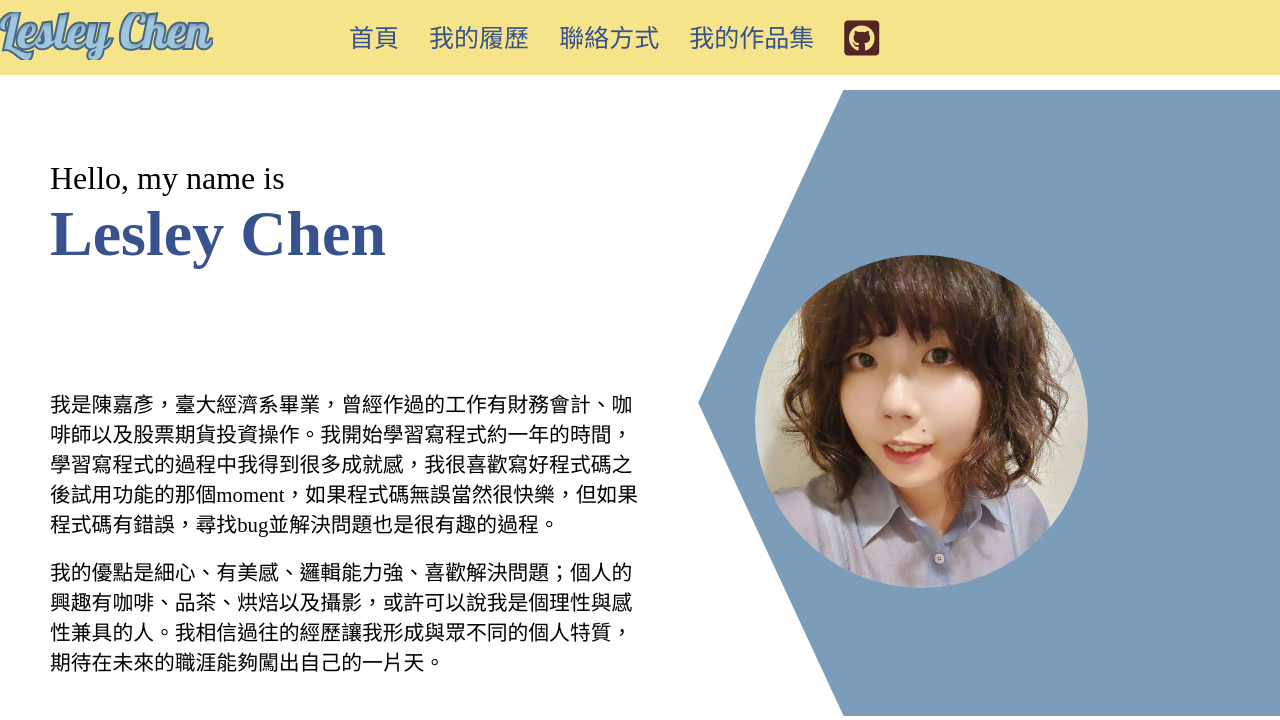
Repository: lcjyc/portfolio-website
Page: /
The author's editor kept a copy of each file at every save. The page is drawn from the files as they stood at one save, then again after the next save.
The browser window is 1280 px wide. The pictures show the whole page.
The project was rebuilt for these pictures with package versions that can differ from the ones it lists, and the page was loaded fresh each time. Also part of the build but not shown: src/pages/resume/resume.css, src/pages/resume/Resume.jsx, src/pages/contact/contact.css, src/pages/contact/Contact.jsx, src/pages/portfolio/Portfolio.jsx.

Above is the page before, as saved 2022-08-21 16:00:55.

After the next save:
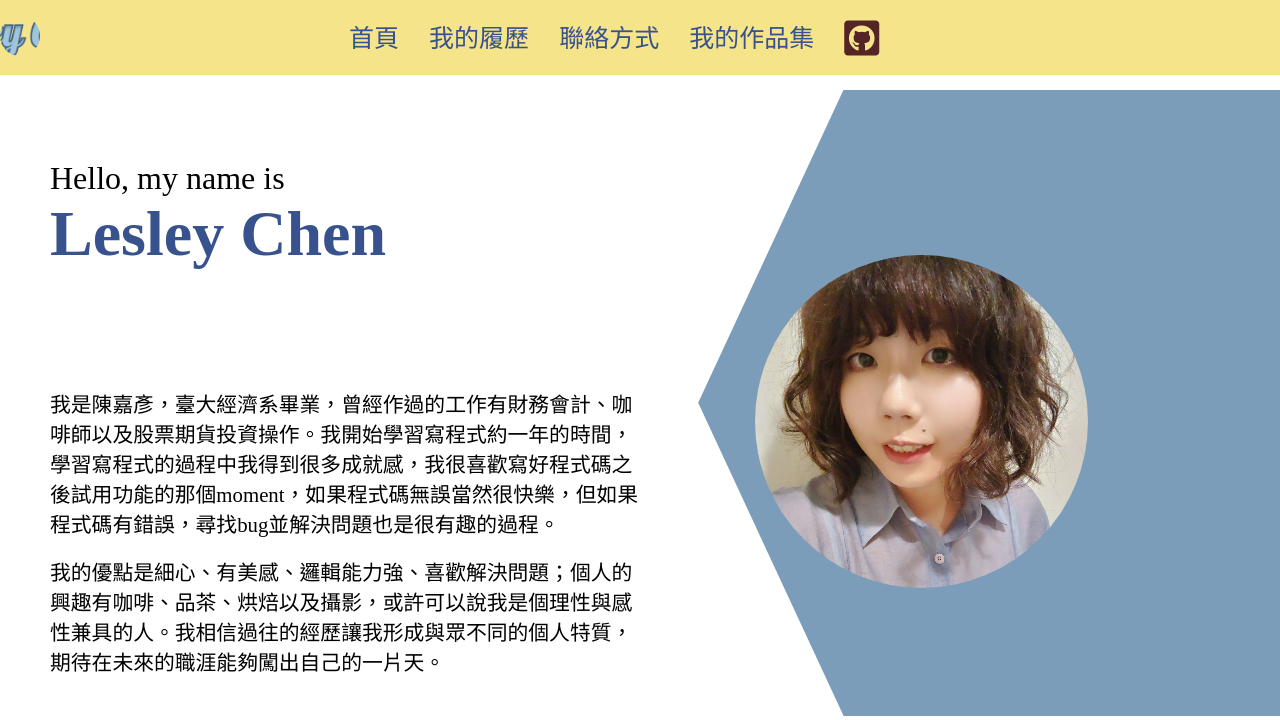
Saved 29 s later.
--- a/src/components/topbar/TopBar.jsx
+++ b/src/components/topbar/TopBar.jsx
@@ -6,7 +6,7 @@ export default function TopBar() {
   return (
     <div className="top">
       <div className="topLeft">
-        <img src={lesley} alt="" />
+        <img src={lesley} alt="" className="topImg" />
       </div>
 
       <div className="topRight">
